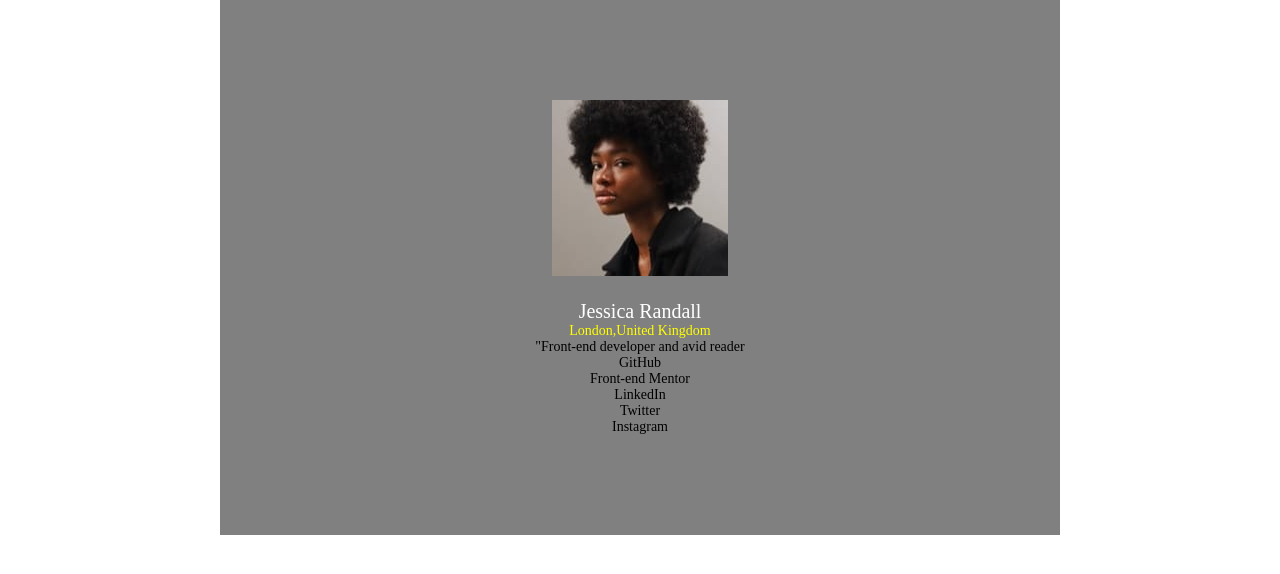
Repository: JosephAbatan05/Social-links-profile
Page: social-links-profile-main/index.html
The author's editor kept a copy of each file at every save. The page is drawn from the files as they stood at one save, then again after the next save.
The browser window is 1280 px wide. The pictures show the whole page.

Above is the page before, as saved 2025-01-23 14:06:07.

After the next save:
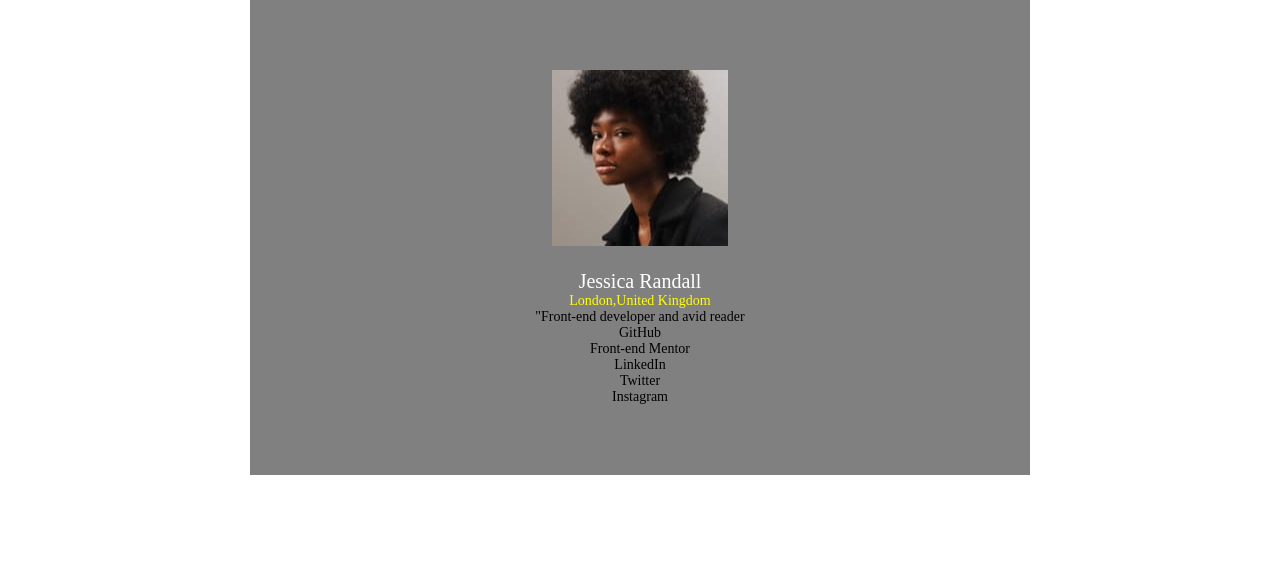
Saved 8 s later.
--- a/social-links-profile-main/styles.css
+++ b/social-links-profile-main/styles.css
@@ -6,7 +6,7 @@
 .container{
     text-align: center;
     margin: 0 auto;
-    padding: 100px;
+    padding: 70px;
     font-size:14px;
     background-color: grey;
     max-width: 50%;

After the save that followed:
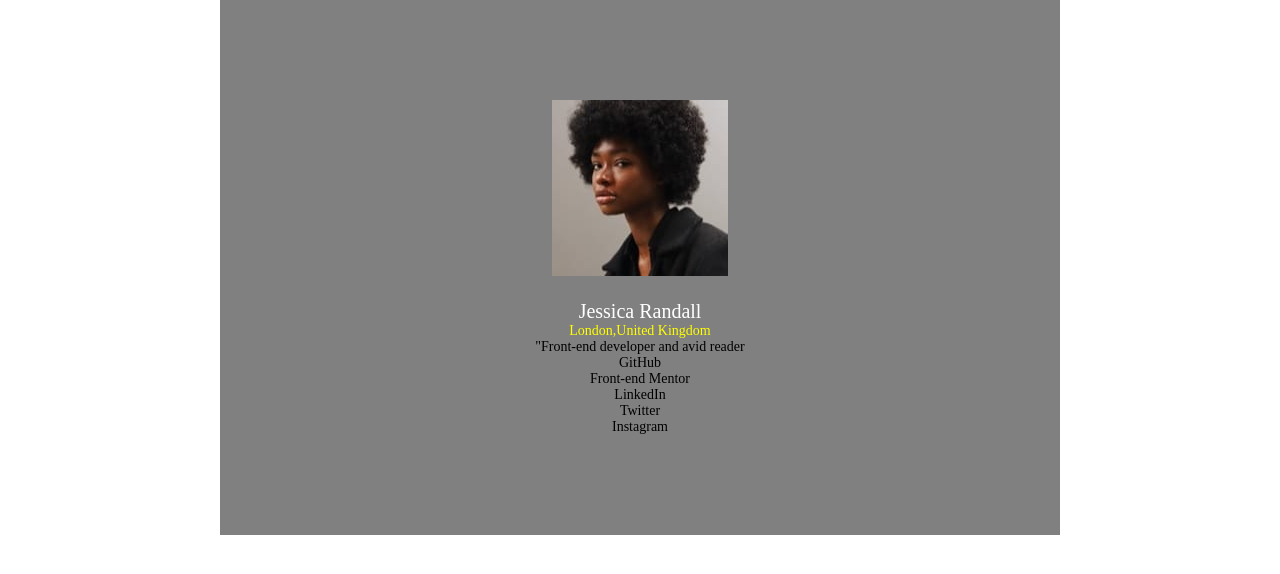
Saved 7 s later.
--- a/social-links-profile-main/styles.css
+++ b/social-links-profile-main/styles.css
@@ -6,7 +6,7 @@
 .container{
     text-align: center;
     margin: 0 auto;
-    padding: 70px;
+    padding: 100px;
     font-size:14px;
     background-color: grey;
     max-width: 50%;
